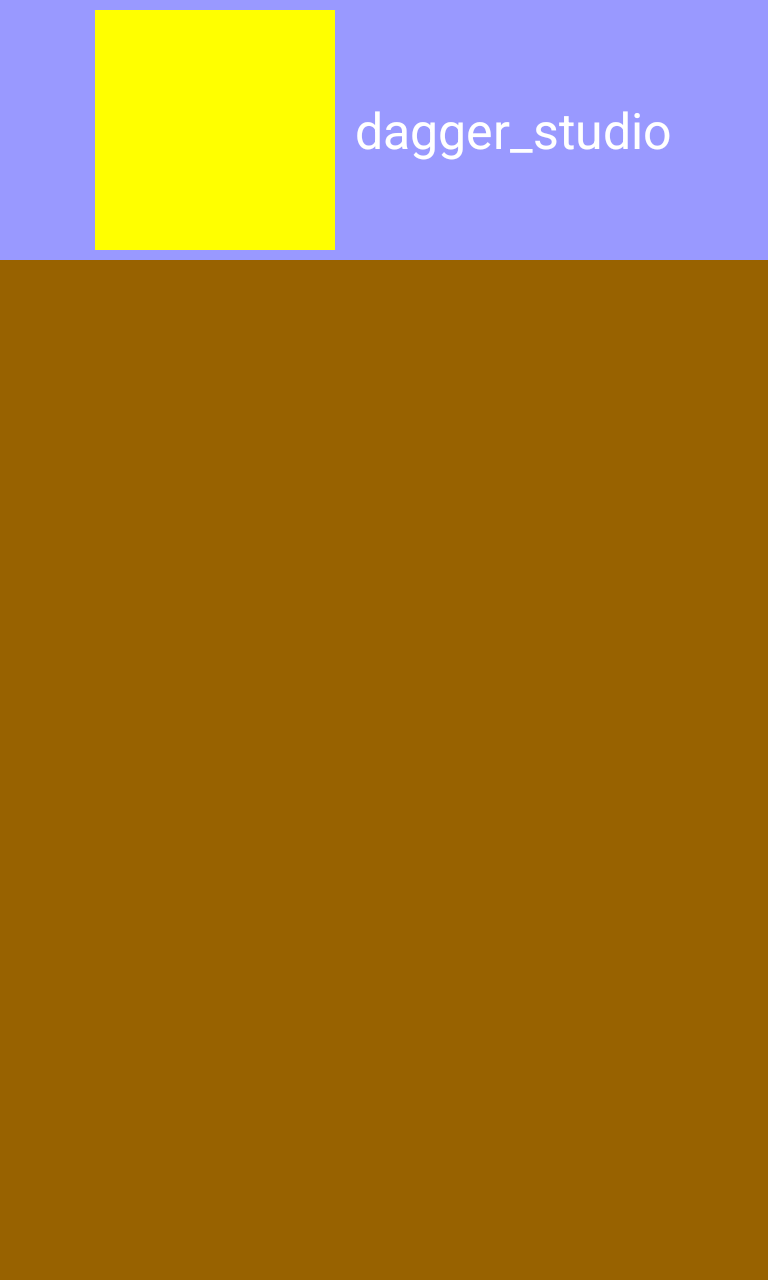
Repository: zhaoguoquan94/Purified
Layout: Android/Purified/res/layout/activity_main_drawer.xml
An editor plug-in stored every save of this project. The layout is shown before and after the next save, followed by the edit.
It is drawn on a 768 x 1280 px phone screen (xhdpi) without system bars, with theme android:Theme; the app's code is not run.

Above is the layout before, as saved 2014-06-30 23:43:45.

After the next save:
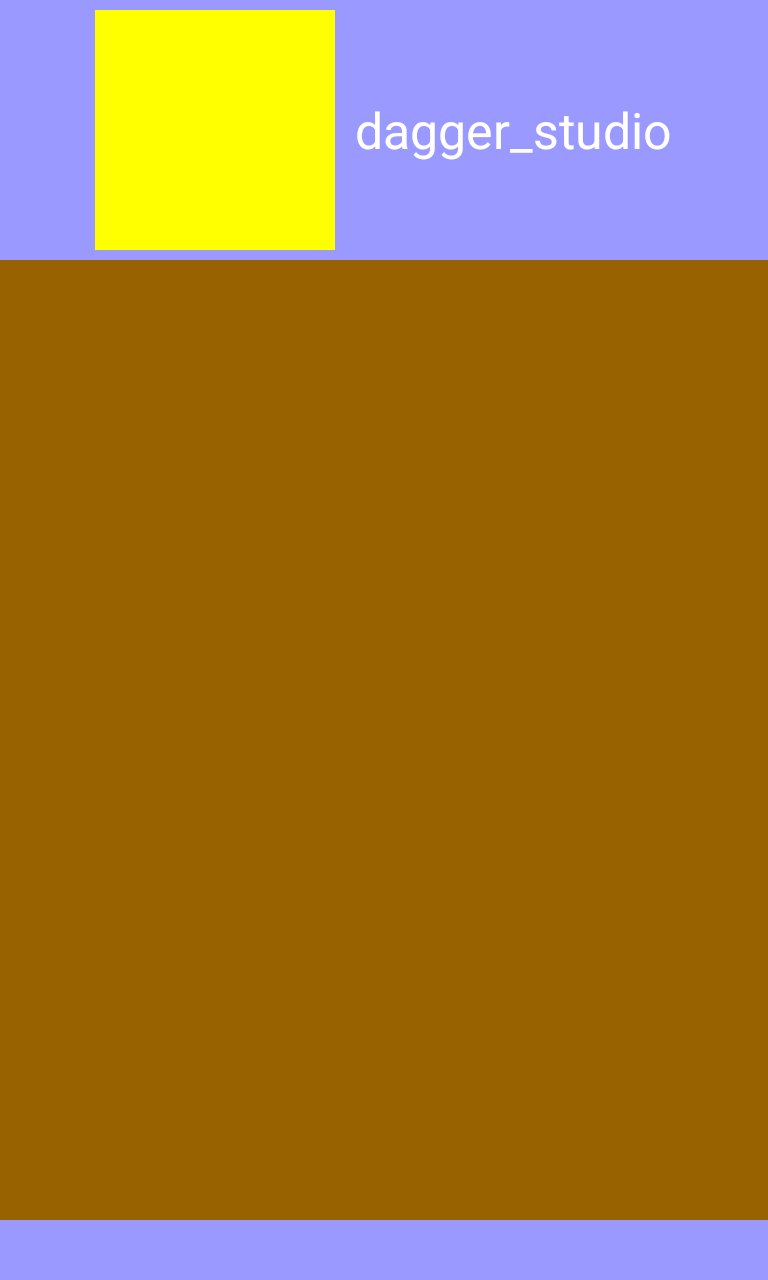
Saved 28 s later.
--- a/Android/Purified/res/layout/activity_main_drawer.xml
+++ b/Android/Purified/res/layout/activity_main_drawer.xml
@@ -41,6 +41,7 @@
         android:layout_height="match_parent"
         android:id="@+id/scroller_drawer"
         android:orientation="horizontal"
+        android:layout_marginBottom="30dp"
         android:background="#986200"
         />
     <!-- 中部滚动目录 -->
